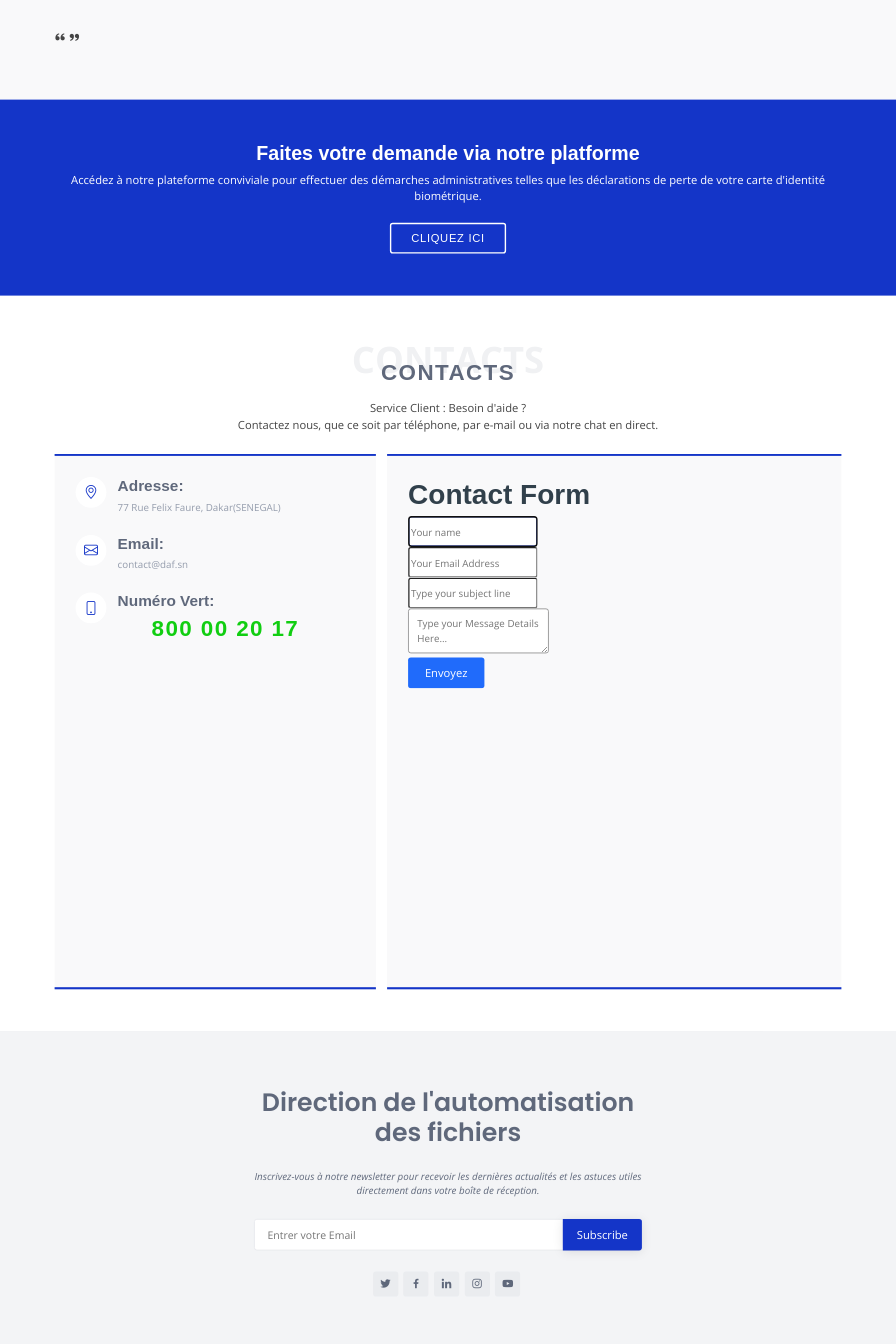
Repository: JunshDev/prodaf
Page: http://localhost/phpmailer/
The author's editor kept a copy of each file at every save. The page is drawn from the files as they stood at one save, then again after the next save.
The browser window is 1280 px wide. The pictures show the part of the page from y = 4446 to 6366 px (the page is 6480 px tall), at 70% of full size.
The pointer rests on the first visible `.contact .php-email-form button[type=submit]`.
Pictures or frames that could not be fetched are drawn as grey boxes. Some web fonts or font styles are not loaded; a fallback is used. Some web libraries are served in a nearby version. The page is run by PHP 8.4 with error messages shown; the project is at /var/www/html/.

Above is the page before, as saved 2023-11-24 15:40:12.

After the next save:
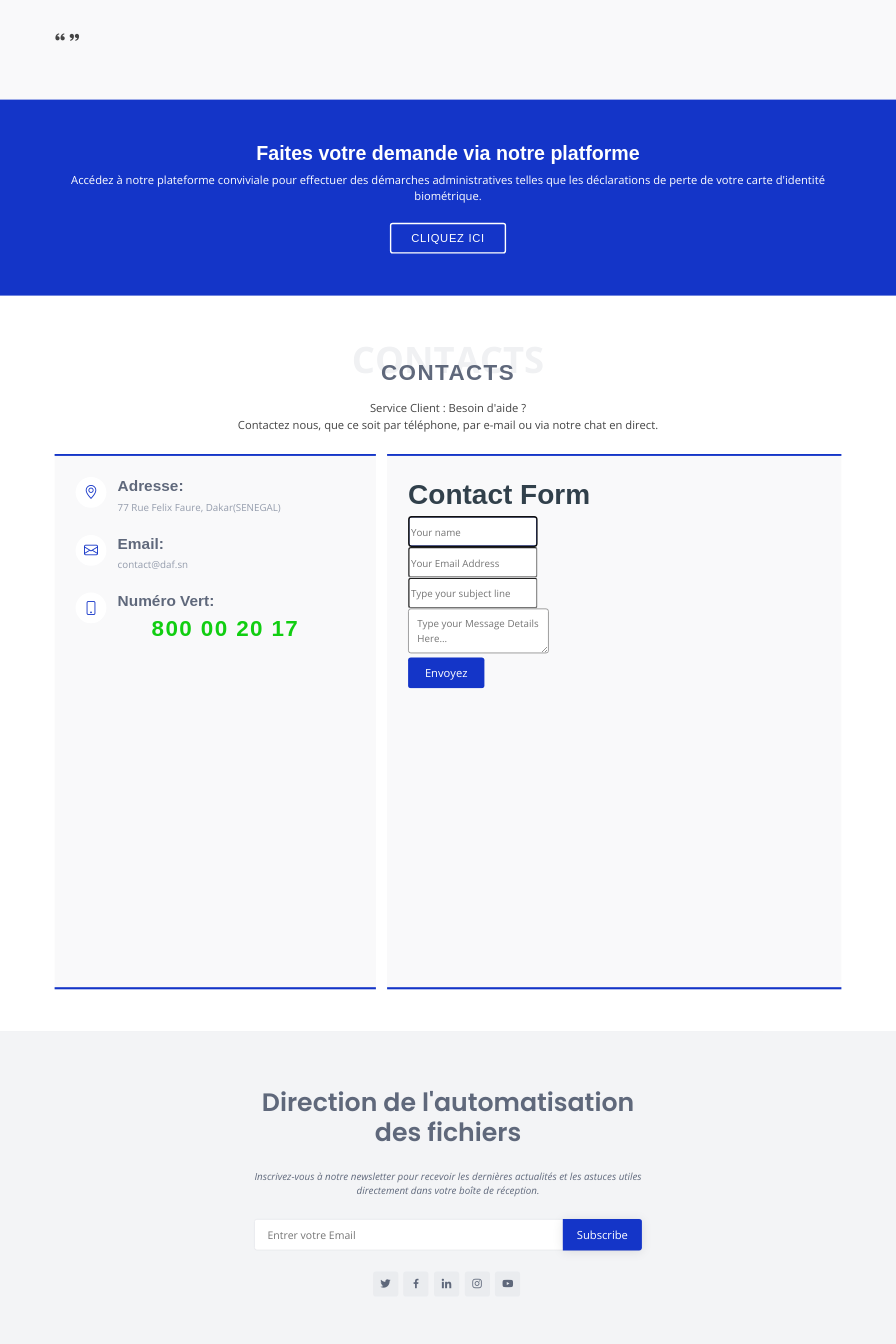
Saved 72 s later.
--- a/assets/css/style.css
+++ b/assets/css/style.css
@@ -1158,9 +1158,7 @@ section {
   border-radius: 4px;
 }
 
-.contact .php-email-form button[type=submit]:hover {
-  background: #206bfb;
-}
+
 
 @keyframes animate-loading {
   0% {
